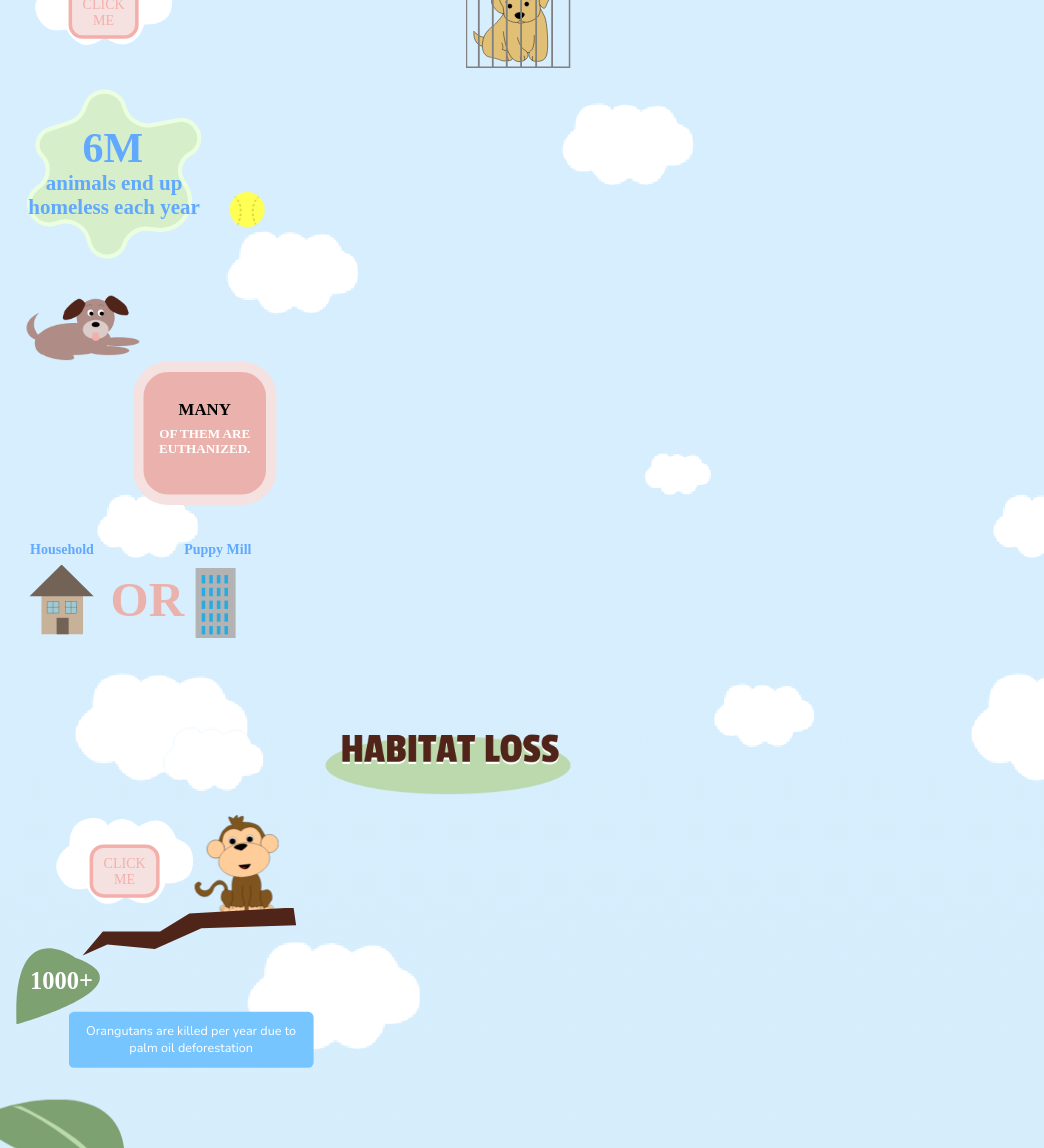
Repository: SoleilDagneau/MDIA2109Midterm
Page: index.html
These files come from the project's save history. The page is drawn as it stood at one moment and after the next save; the edit follows.
The browser window is 1280 px wide. The page is 1492 px wide, so the pictures cover 1492 px, including what lies to the right of the window. The pictures show the part of the page from y = 1249 to 2889 px (the page is 4546 px tall before and 4605 px after), at 70% of full size.
Some web fonts or font styles are not loaded; a fallback is used.

Above is the page before, as saved 2022-03-09 10:08:45.
Console error: TypeError: Cannot set properties of null (setting 'innerText')

### index.html
<!DOCTYPE html>
<html lang="en">

<head>
    <meta charset="UTF-8">
    <meta http-equiv="X-UA-Compatible" content="IE=edge">
    <meta name="viewport" content="width=device-width, initial-scale=1.0">
    <title>Animal Cruelty</title>

    <link href="styles.css" rel="stylesheet">

    <link rel="preconnect" href="https://fonts.googleapis.com">
    <link rel="preconnect" href="https://fonts.gstatic.com" crossorigin>
    <link href="https://fonts.googleapis.com/css2?family=Passion+One:wght@400;700&display=swap" rel="stylesheet">
    <link rel="preconnect" href="https://fonts.googleapis.com">
    <link rel="preconnect" href="https://fonts.gstatic.com" crossorigin>
    <link href="https://fonts.googleapis.com/css2?family=Nunito&display=swap" rel="stylesheet">

    <script src="utils/speechbubble.js"></script>
    <script src="utils/clickbubble.js"></script>
    <script src="utils/monkeyclickbubble.js"></script>
    <script src="utils/mouseclickbubble.js"></script>
    <script src="utils/squarecard.js"></script>
    <script src="utils/blobcard.js"></script>
    <script src="utils/bblobcard.js"></script>
    <script src="utils/ball.js"></script>
    <script src="utils/leafcard.js"></script>
    <script src="utils/rectcard.js"></script>

</head>

<body>
    <div class="titlepage">
        <div class="welcome_title">
            <img class="welcome" src="imgs/welcomecloud.png" alt="welcome title">
            <img class="welcomedog" src="imgs/corgi.png">
        </div>
    </div>

    <div class="content">
        <div class="overbreeding">

            <div class="conttitle">

                <img class="obtitle" src="imgs/overbreeding.svg" alt="overbreeding title">
            </div>
            <div class="contcage">
                <img class="cage" src="imgs/dogincage.svg" alt="dog in cage img">
                <the-clickbubble class="dogtext" desc_text="CLICK ME"></the-clickbubble>
                <the-speechbubble class="dogtextspeech" reappear="dogtext" button_text="next..."
                    cloud_text="People breed me in puppy mills or small households in horrible conditions."
                    cloud_text2="Breeding as many of us as they can for their own profit while we suffer.">
                </the-speechbubble>
            </div>
            <div class="contblob">
                <the-blobcard class="blob" blob_text="6M" blob_subtext="animals end up homeless each year">
                </the-blobcard>
            </div>

            <div class="dog2">
                <img class="dogpic2" src="imgs/layingdog.png">
            </div>

            <the-ball></the-ball>

            <the-squarecard class="htext" the_manytext="MANY" the_htext="OF THEM ARE EUTHANIZED."></the-squarecard>

            <div class="buildcont">
                <h3 class="housetext">Household</h3>
                <h3 class="puppymill">Puppy Mill</h3>
                <img class="house" src="imgs/house.svg">
                <img class="tower" src="imgs/building.svg">
                <h1 class="or">OR</h1>
            </div>

        </div>


        <div class="habitatloss">
            <div class="conttitle">
                <img class="hablosstitle" src="imgs/habitatloss.png" alt="habitat loss title">
            </div>
            <div>
                <img class="monkey" src="imgs/monkey.svg" alt="monkey picture" width="120px">
                <the-monkeyclickbubble class="monkeybubble" desc_text="CLICK ME"></the-monkeyclickbubble>
                <the-speechbubble reappear="monkeytext" class="monkeybubble, monkeyspeechbubble" button_text="next..."
                    cloud_text="Each year palm oil plantations tear through my home."
                    cloud_text2="We end up killed or as orphans left to fend for ourselves."></the-speechbubble>
            </div>
            <div class="branchcont">
                <the-leafcard leaf_subtext="1000+"></the-leafcard>
            </div>
            <div class="habitatcont">
                <the-rectcard class="pinkcard" info_text="Orangutans are killed per year due to palm oil deforestation">
                </the-rectcard>
            </div>
            <div class="leaf">
                <img src="imgs/leaf.svg" alt="leaf" width="200px">
            </div>
            <div class="graphcont">
                <img src="imgs/percent.svg" alt="pi graph" width="200px">
            </div>
            <div class="rectcont">
                <the-rectcard info_text="of ALL endangered species are threatened by habitat loss."></the-rectcard>
            </div>


        </div>


        <div class="cosmetictesting">
            <div class="conttitle">
                <img class="obtitle, CATheader" src="imgs/CATheader.png" alt="cosmetictesting title">
            </div>


            <div class="contblob">
                <the-blueblob class="testingblob1" blob_text="88%"></the-blueblob>
            </div>


            <div class="contcard">
                <the-squarecard info_text="of top beauty brands still fund animal testing">
                </the-squarecard>
            </div>

            <div class="contblob">
                <the-blueblob class="testingblob3" blob_text="95%"></the-blueblob>
            </div>

            <div class="contcard">
                <the-squarecard class="contcard1" info_text="of all drugs that are shown to be safe and effective in
            animal tests, fail in human tests.">
                </the-squarecard>
            </div>
            <div class="contmouse">
                <img class="mouse" src="imgs/mouse-02.svg" alt="mouse img">
                <the-mouseclickbubble class="mouseclick" desc_text="CLICK ME"></the-mouseclickbubble>
                <the-speechbubble reappear="rattext" class="mouseclick, mousespeechbub" button_text="next..."
                cloud_text="There are other ways to test cosmetics that wont poison or kill me."
                cloud_text2="Some companies use modern techniques that can be safer for humans too."></the-speechbubble>
            </div>

        </div>
</body>

</html>

### styles.css
body{
    background-image: url(imgs/background.svg);
    background-size: cover;
}

.titlepage{
    display:block;
    position: relative;
    top:170px;
    left:-40px;
}


.welcome{
    display: flex;
    position: relative;
    margin: auto;
    top: 50px;
    left: 30px;
    right: 90px;
    justify-content: center;
}

.welcomedog {
    display:flex;
    margin: auto;
    position: relative;
    left: 135px;
    top: -80px;
    right: 90px;
    justify-content: center;
}
/*--------------------------END OF TITLE SECTION-------------------------------*/
.overbreeding{
    display:block;
    position:relative;
    top:300px;


}
.obtitle{
    width:350px;
    display: flex;
    position:relative;
    margin: auto;
}
.cage{
    width:150px;
    display: flex;
    position: relative;
    left: 100px;
    top: 50px;
    margin: auto;

}
.dogtext{
    display: flex;
    position:absolute;
    top:250px;
    left:40px;
    margin: auto;
}

.dogtextspeech {
    display: flex;
    position:absolute;
    top:230px;
    left:10px;
    margin: auto;
}
.blob{
    display: flex;
    position:relative;
    left:30px;
    top:80px;
}
.htext{
    display:flex;
    position: relative;
    left: 150px;
    top:-80px;
}
.house{
    width:100px;
    height:100px;
    display:flex;
    position:relative;
    left:30px;

}
.tower{
    width:100px;
    height:100px;
    display:flex;
    position:relative;
    left:250px;
    top:-95px;
}
.housetext{
    font-family: 'passion one', cursive;
    font-size:20px;
    color:#61A8FF;
    display:inline;
    position:relative;
    left:35px;
    bottom:10px;
}
.puppymill{
    font-family: 'passion one', cursive;
    font-size:20px;
    color:#61A8FF;
    display:inline;
    position:relative;
    left:160px;
    bottom: 10px;
}
.or{
    font-family: 'passion one', cursive;
    font-size:70px;
    color:#EBB2AD;
    display:inline;
    position:relative;
    top:-190px;
    left:150px;
}
.buildcont{
    display:inline;
    position:relative;
    top:-50px;
}
.dog2{
    display:flex;
    position:relative;
    left: 30px;
}



/*------------------END OF SECTION 1----------------------------*/
.cosmetictesting {
    display:block;
    position:relative;
    top:230px;
    left: 75px;
}

.CATheader {
    position:relative;
    right:75px;
}
.testingblob1 {
    display: flex;
    position:absolute;
    right:210px;
    top:175px;
}

.contcard {
    display: flex;
    position:relative;
    top:160px;
    left: 100px;
}

.testingblob3 {
    display: flex;
    position:relative;
    right:70px;
    top:120px;
}

.contcard1 {
    display: flex;
    position:relative;
    bottom: 120px;
    left: -5px;
}

.mouse {
    width:200px;
    height: 200px;
    display: flex;
    position: absolute;
    left: 120px;
    top: 1000px;
    margin: auto;
}

.mouseclick {
    display: flex;
    position:absolute;
    top:950px;
    left:-50px;
    margin: auto;
}

.mousespeechbub {
    display: flex;
    position:absolute;
    top:920px;
    left:-80px;
    margin: auto;
}

/* -------------------------------END OF SECTION 2-------------------------------*/
.contmonkey {
    display:flex;
    left: 350px;
    justify-content: flex-end;
    margin-right: 50px;
    margin-top: 20px;
    top: -100px;
}

.contcard3 {
    display:flex;
    justify-content: flex-end;
}

.hablosstitle {
    width:350px;
    display: flex;
    position:relative;
    margin: auto;
    top: 170px;
}

.habitatloss {
    position: relative;
    top: 30px;

}

.monkey {
    position: relative;
    top: 200px;
    left: 270px;
    animation: bounce2 2s ease infinite;
}

@keyframes bounce2 {
	0%, 20%, 50%, 80%, 100% {transform: translateY(0);}
	40% {transform: translateY(-30px);}
	60% {transform: translateY(-15px);}
}

.monkeybubble {
    position: absolute;
    top: 300px;
    left: 70px;
}

.monkeyspeechbubble {
    position: absolute;
    top: 290px;
    left: 30px;
}
.branchcont {
    position: relative;
    top: 187px;
    left: 15px;
    width: 400px;
}


.habitatcont {
    position: relative;
    left: 200px;
}

.pinkcard {
    position: relative;
    right: 110px;
    top: 55px;
}

.leaf {
    position: relative;
    right: 30px;
    top: 100px;
}

.graphcont {
    position: relative;
    left: 220px;
    bottom: -60px;
}

.rectcont {
    position: relative;
    left: 35px;
    top: 90px;;
}

.content {
    position: relative;
    top: 200px;
}

### utils/mouseclickbubble.js
//MUST HAVE - CREATE A TEMPLATE TAG
var template_mouseclickbubble = document.createElement("template"); //<template> </template> RULE

//To-do - CREATE THE UI HERE!
template_mouseclickbubble.innerHTML = `

<style>
    #desc_text {
        font-family:'passion one', cursive;
        color: #F4AFAB;
        font-size:20px;
        padding: 10px;
        background-color:#F4E1E0;
        border: 5px solid #F4AFAB;
        border-radius: 20px;
        position: absolute;
        display:flex;
        justify-content:center;
        top:-10px;

        margin:50px;
    }
    #desc_text:hover{
        background-color:#F4AFAB;
        color:white;
    }
    img{
        width: 200px;
    }
    #click_bubble{
        display:flex;
    }
</style>
<div id="click_bubble">
    <img src="imgs/cloud.svg" alt="cloud svg"/>
        <button id="desc_text">
            CLICK ME
        </button>
</div>
`;

//MUST HAVE - CREATE A CLASS WITH HTMLELEMENT POWERS (interfaces/functionalities)
class TheMouseClickBubble extends HTMLElement {

    //MUST HAVE - CREATE A CONSTRUCTOR TO DO INITAL ASSOCIATIONS
    constructor(){
        super(); //pass on the HTMLElement super powers!
        this.attachShadow({mode:"open"}) //Attach it to the shadowRoot

        //To-do - CREATE THE STATES FOR THE UI HERE!
    }

    //MUST HAVE - FUNCTION THAT RUNS AFTER IT'S CONNECTED
    connectedCallback(){
        this.shadowRoot.appendChild(template_mouseclickbubble.content.cloneNode(true)); //use the template to make a clone
        this.shadowRoot.querySelector("#desc_text").innerText = this.getAttribute("desc_text"); //use the template to make a clone
        this.shadowRoot.querySelector("#desc_text").onclick = () => {
            this.buttonDisappear();
            document.querySelector(".mousespeechbub").buttonAppear(this.getAttribute("desc_text"));
        }
    }

    //To-do - CREATE THE FUNCTIONALITIES HERE!
    buttonDisappear() {
        this.shadowRoot.querySelector("#click_bubble").style.cssText = `
        display:none;
        `
    }
    buttonReappear() {
        this.shadowRoot.querySelector("#click_bubble").style.cssText = `
        display:block;
        `
    }
}

//MUST HAVE - define the tag for the custom elements
customElements.define("the-mouseclickbubble", TheMouseClickBubble)

### utils/blobcard.js
//MUST HAVE - CREATE A TEMPLATE TAG
var template_bcard = document.createElement("template"); //<template> </template> RULE

//To-do - CREATE THE UI HERE!
template_bcard.innerHTML = `

<style>
    #blob_text {
        font-family:'passion one', cursive;
        font-size:60px;
        color:#61A8FF;
        position:absolute;
        text-align:center;
        top:10px;
        left:80px;
    }
    .blob_subtext{
        font-size:30px;
        color:#61A8FF;
        font-family:'passion one', cursive;
        display:block;
        position:relative;
        text-align:center;
        top:-160px;
    }
    #the_blobcard{
        width:250px;
    }
</style>
<div class="container">
    <div id="the_blobcard">
        <img id="" src="imgs/blob.svg" alt=""/>
            <h1 id="blob_text">
                blob text
            </h1>
            <h3 class="blob_subtext">
                animals end up homeless each year
            </h3>
    </div>
</div>
`;

//MUST HAVE - CREATE A CLASS WITH HTMLELEMENT POWERS (interfaces/functionalities)
class TheBlobCard extends HTMLElement {

    //MUST HAVE - CREATE A CONSTRUCTOR TO DO INITAL ASSOCIATIONS
    constructor(){
        super(); //pass on the HTMLElement super powers!
        this.attachShadow({mode:"open"}) //Attach it to the shadowRoot

        //To-do - CREATE THE STATES FOR THE UI HERE!
    }

    //MUST HAVE - FUNCTION THAT RUNS AFTER IT'S CONNECTED
    connectedCallback(){
        this.shadowRoot.appendChild(template_bcard.content.cloneNode(true));
        this.shadowRoot.querySelector("#blob_text").innerText = this.getAttribute("blob_text");
        this.shadowRoot.querySelector("#blob_subtext").innerText = this.getAttribute("blob_subtext");
         //use the template to make a clone
    }

    //To-do - CREATE THE FUNCTIONALITIES HERE!
}

//MUST HAVE - define the tag for the custom elements
customElements.define("the-blobcard", TheBlobCard)

### utils/bblobcard.js
//MUST HAVE - CREATE A TEMPLATE TAG
var template_blueblob = document.createElement("template"); //<template> </template> RULE

//To-do - CREATE THE UI HERE!
template_blueblob.innerHTML = `
<style>
    #blob_text {
        font-family:'passion one', cursive;
        font-size:80px;
        color:#F4AFAB;
        position:absolute;
        text-align:center;
        top:25px;
        left:50px;
    }

    #the_blueblob{
        width:250px;
    }
</style>

<div id="the_blueblob">
    <img id="" src="imgs/blueblob.svg" alt=""/>
         <h1 id="blob_text">
                blob text
         </h1>
</div>

`;

//MUST HAVE - CREATE A CLASS WITH HTMLELEMENT POWERS (interfaces/functionalities)
class TheBlueBlob extends HTMLElement {

    //MUST HAVE - CREATE A CONSTRUCTOR TO DO INITAL ASSOCIATIONS
    constructor(){
        super(); //pass on the HTMLElement super powers!
        this.attachShadow({mode:"open"}) //Attach it to the shadowRoot

        //To-do - CREATE THE STATES FOR THE UI HERE!
    }

    //MUST HAVE - FUNCTION THAT RUNS AFTER IT'S CONNECTED
    connectedCallback(){
        this.shadowRoot.appendChild(template_blueblob.content.cloneNode(true)); //use the template to make a clone
        this.shadowRoot.querySelector("#blob_text").innerText = this.getAttribute("blob_text");
    }

    //To-do - CREATE THE FUNCTIONALITIES HERE!
}

//MUST HAVE - define the tag for the custom elements
customElements.define("the-blueblob", TheBlueBlob)

### utils/ball.js
//MUST HAVE - CREATE A TEMPLATE TAG
var template_ball = document.createElement("template"); //<template> </template> RULE

//To-do - CREATE THE UI HERE!
template_ball.innerHTML = `
<style>
.ballpic{
    width:50px;
    display: flex;
    position: relative;
    left:20rem;
    top:-15rem;
    animation: bounce2 2s ease infinite;
}
.ballpic:hover{
    filter: grayscale(80%);
}
@keyframes bounce2 {
	0%, 20%, 50%, 80%, 100% {transform: translateY(0);}
	40% {transform: translateY(-30px);}
	60% {transform: translateY(-15px);}
}
</style>

<div class="ball">
       <img class="ballpic" src="imgs/ball.svg" alt="ball img">
</div>
`;

//MUST HAVE - CREATE A CLASS WITH HTMLELEMENT POWERS (interfaces/functionalities)
class TheBall extends HTMLElement {

    //MUST HAVE - CREATE A CONSTRUCTOR TO DO INITAL ASSOCIATIONS
    constructor(){
        super(); //pass on the HTMLElement super powers!
        this.attachShadow({mode:"open"}) //Attach it to the shadowRoot

        //To-do - CREATE THE STATES FOR THE UI HERE!
    }

    //MUST HAVE - FUNCTION THAT RUNS AFTER IT'S CONNECTED
    connectedCallback(){
        this.shadowRoot.appendChild(template_ball.content.cloneNode(true));
        this.shadowRoot.querySelector(".ballpic").onclick = () => {
            this.ballSlide();
            document.querySelector("the-ball").buttonAppear(this.getAttribute(".ballpic"));

        }
    }

    //To-do - CREATE THE FUNCTIONALITIES HERE!
    ballSlide(){
        this.shadowRoot.querySelector(".ball").style.cssText = `
        display:flex;
        position:relative;
        top:180px;
        left: -150px;
        `
    }


}


//MUST HAVE - define the tag for the custom elements
customElements.define("the-ball", TheBall)

### utils/leafcard.js
//MUST HAVE - CREATE A TEMPLATE TAG
var template_leafcard = document.createElement("template"); //<template> </template> RULE

//To-do - CREATE THE UI HERE!
template_leafcard.innerHTML = `

<style>

    #leaf_subtext{
        font-size:35px;
        color:#FFF;
        font-family:'passion one', cursive;
        display:block;
        position:relative;
        text-align:left;
        top:-120px;
        right: -20px;

    }

</style>
<div class="container">
    <div id="the_leafcard">
        <img id="" src="imgs/leafwithbranch.svg" alt=""/>
            <h3 id="leaf_subtext">
                leaf subtext
            </h3>
    </div>
</div>
`;

//MUST HAVE - CREATE A CLASS WITH HTMLELEMENT POWERS (interfaces/functionalities)
class TheLeafCard extends HTMLElement {

    //MUST HAVE - CREATE A CONSTRUCTOR TO DO INITAL ASSOCIATIONS
    constructor(){
        super(); //pass on the HTMLElement super powers!
        this.attachShadow({mode:"open"}) //Attach it to the shadowRoot

        //To-do - CREATE THE STATES FOR THE UI HERE!
    }

    //MUST HAVE - FUNCTION THAT RUNS AFTER IT'S CONNECTED
    connectedCallback(){
        this.shadowRoot.appendChild(template_leafcard.content.cloneNode(true));
        this.shadowRoot.querySelector("#leaf_subtext").innerText = this.getAttribute("leaf_subtext");
         //use the template to make a clone
    }

    //To-do - CREATE THE FUNCTIONALITIES HERE!
}

//MUST HAVE - define the tag for the custom elements
customElements.define("the-leafcard", TheLeafCard)

### utils/rectcard.js
//MUST HAVE - CREATE A TEMPLATE TAG
var template_rectcard = document.createElement("template"); //<template> </template> RULE

//To-do - CREATE THE UI HERE!
template_rectcard.innerHTML = `
<style>
#infocard {
    width: 350px;
    height: 80px;
    background-color:#77C5FF;
    border-radius: 8px;
    padding: 5px;
    box-sizing: border-box;
}

#info_text {
    display:flex;
    justify-content:center;
    font-size:18px;
    font-family: 'nunito', sans-serif;
    color: white;
    padding: 10px;
    text-align: center;
}

</style>

<div id="infocard" class="scrollone">
<div id="info_text">
info text
</div>
</div>
`;

//MUST HAVE - CREATE A CLASS WITH HTMLELEMENT POWERS (interfaces/functionalities)
class TheRectCard extends HTMLElement {

    //MUST HAVE - CREATE A CONSTRUCTOR TO DO INITAL ASSOCIATIONS
    constructor(){
        super(); //pass on the HTMLElement super powers!
        this.attachShadow({mode:"open"}) //Attach it to the shadowRoot

        //To-do - CREATE THE STATES FOR THE UI HERE!
    }

    //MUST HAVE - FUNCTION THAT RUNS AFTER IT'S CONNECTED
    connectedCallback(){
        this.shadowRoot.appendChild(template_rectcard.content.cloneNode(true)); //use the template to make a clone
        this.shadowRoot.querySelector("#info_text").innerText = this.getAttribute("info_text");
    }

    //To-do - CREATE THE FUNCTIONALITIES HERE!

}

//MUST HAVE - define the tag for the custom elements
customElements.define("the-rectcard", TheRectCard)

Loaded but not shown: utils/speechbubble.js (117 lines, source omitted); utils/squarecard.js (91 lines, source omitted); utils/clickbubble.js (85 lines, source omitted); utils/monkeyclickbubble.js (76 lines, source omitted)

After the next save:
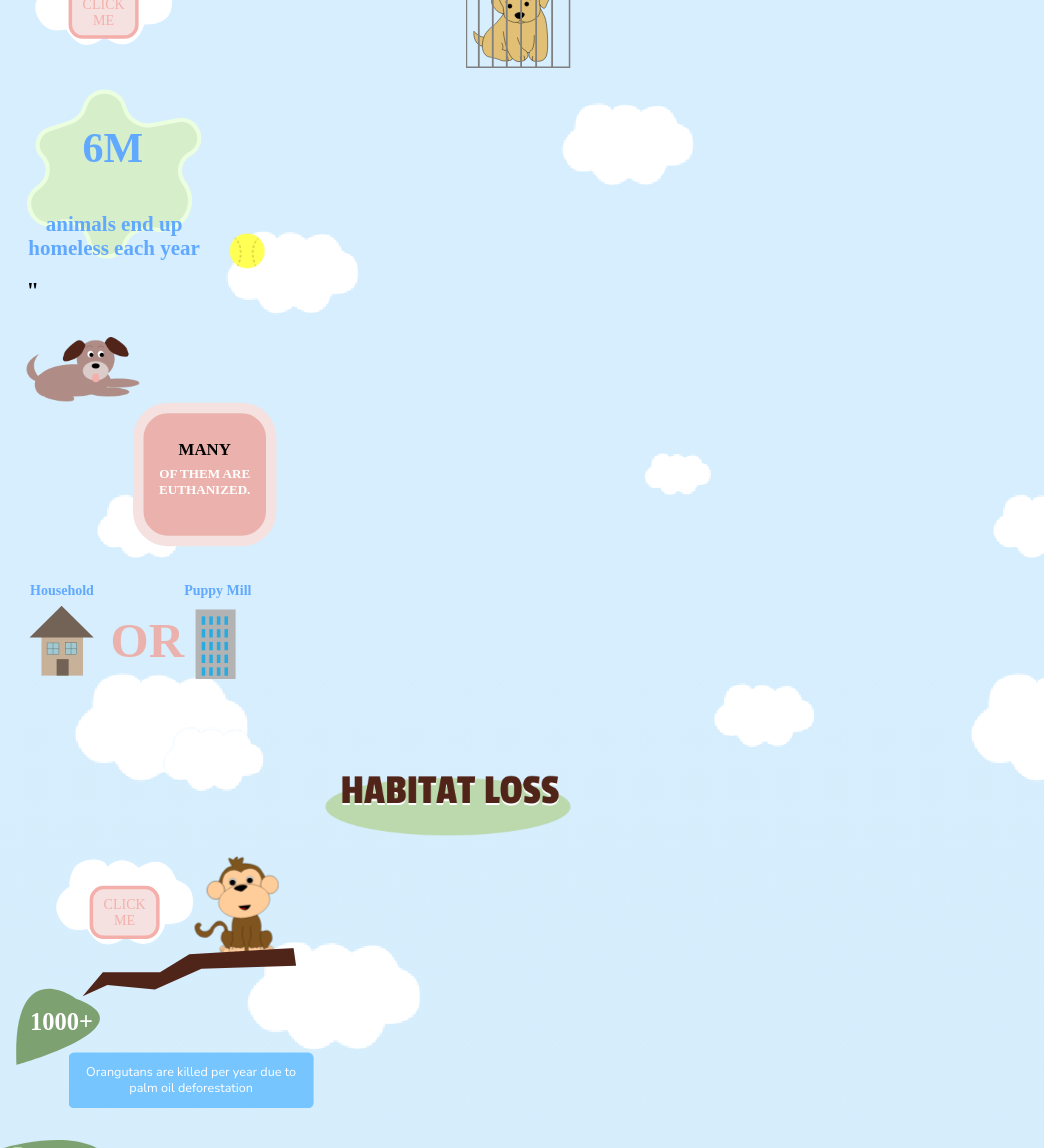
The error is gone.
Saved 2 min 18 s later.
--- a/utils/blobcard.js
+++ b/utils/blobcard.js
@@ -14,7 +14,7 @@ template_bcard.innerHTML = `
         top:10px;
         left:80px;
     }
-    .blob_subtext{
+    #blob_subtext{
         font-size:30px;
         color:#61A8FF;
         font-family:'passion one', cursive;
@@ -26,15 +26,19 @@ template_bcard.innerHTML = `
     #the_blobcard{
         width:250px;
     }
+    #the_blobcard:hover{
+
+    }
 </style>
 <div class="container">
     <div id="the_blobcard">
         <img id="" src="imgs/blob.svg" alt=""/>
+            <h1 class="quotes">"</h1>
             <h1 id="blob_text">
                 blob text
             </h1>
-            <h3 class="blob_subtext">
-                animals end up homeless each year
+            <h3 id="blob_subtext">
+                blob subtext
             </h3>
     </div>
 </div>
